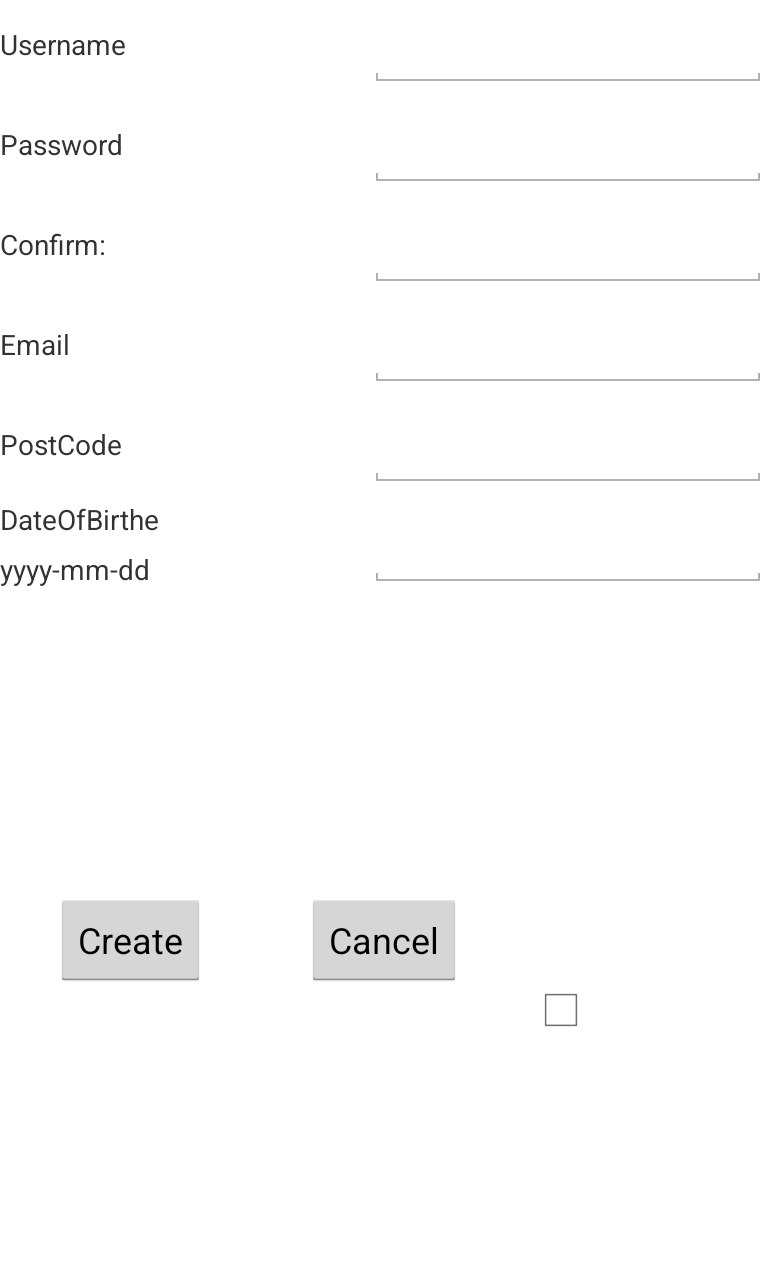
Repository: mpdehnel/seg
Layout: VectorOne/res/layout/activity_addnewuser.xml
These files come from the project's save history. The layout is drawn as it stood at one moment and after the next save; the edit follows.
It is drawn on a 768 x 1280 px phone screen (xhdpi) without system bars, with theme AppTheme; the app's code is not run.

Above is the layout before, as saved 2013-03-13 14:40:07.

### VectorOne/res/layout/activity_addnewuser.xml
<?xml version="1.0" encoding="utf-8"?>
<LinearLayout xmlns:android="http://schemas.android.com/apk/res/android"
    android:id="@+id/AddNewUser"
    android:layout_width="match_parent"
    android:layout_height="match_parent"
    android:orientation="vertical" >

    <RelativeLayout
        android:layout_width="match_parent"
        android:layout_height="50dp" >

        <EditText
            android:id="@+id/UsernameInput"
            android:layout_width="200dp"
            android:layout_height="wrap_content"
            android:layout_alignParentRight="true"
            android:layout_centerVertical="true"
            android:layout_weight="1"
            android:ems="10" />

        <TextView
            android:id="@+id/UsernameLabel"
            android:layout_width="100dp"
            android:layout_height="25dp"
            android:layout_alignParentLeft="true"
            android:layout_centerVertical="true"
            android:text="Username" />
    </RelativeLayout>

    <RelativeLayout
        android:layout_width="match_parent"
        android:layout_height="50dp" >

        <EditText
            android:id="@+id/PasswordInput"
            android:layout_width="200dp"
            android:layout_height="wrap_content"
            android:layout_alignParentRight="true"
            android:layout_centerVertical="true"
            android:layout_weight="1"
            android:ems="10"
            android:inputType="textPassword" />

        <TextView
            android:id="@+id/passwordAddNewUser"
            android:layout_width="100dp"
            android:layout_height="25dp"
            android:layout_alignParentLeft="true"
            android:layout_centerVertical="true"
            android:text="Password" />
    </RelativeLayout>

    <RelativeLayout
        android:layout_width="match_parent"
        android:layout_height="50dp" >

        <EditText
            android:id="@+id/PasswordInputConfirm"
            android:layout_width="200dp"
            android:layout_height="wrap_content"
            android:layout_alignParentRight="true"
            android:layout_centerVertical="true"
            android:ems="10"
            android:inputType="textPassword" />

        <TextView
            android:id="@+id/PasswordConfirm"
            android:layout_width="100dp"
            android:layout_height="25dp"
            android:layout_alignParentLeft="true"
            android:layout_centerVertical="true"
            android:text="Confirm:" />
    </RelativeLayout>

    <RelativeLayout
        android:layout_width="match_parent"
        android:layout_height="50dp"
        android:orientation="horizontal" >

        <EditText
            android:id="@+id/EmailInput"
            android:layout_width="200dp"
            android:layout_height="wrap_content"
            android:layout_alignParentRight="true"
            android:layout_centerVertical="true"
            android:ems="10"
            android:inputType="textEmailAddress" />

        <TextView
            android:id="@+id/Email"
            android:layout_width="100dp"
            android:layout_height="25dp"
            android:layout_alignParentLeft="true"
            android:layout_centerVertical="true"
            android:text="Email" />
    </RelativeLayout>

    <RelativeLayout
        android:layout_width="match_parent"
        android:layout_height="50dp" >

        <EditText
            android:id="@+id/PostCodeInput"
            android:layout_width="200dp"
            android:layout_height="wrap_content"
            android:layout_alignParentRight="true"
            android:layout_centerVertical="true"
            android:ems="10"
            android:inputType="text" />

        <TextView
            android:id="@+id/PostCode"
            android:layout_width="100dp"
            android:layout_height="25dp"
            android:layout_alignParentLeft="true"
            android:layout_centerVertical="true"
            android:text="PostCode" />
    </RelativeLayout>

    <RelativeLayout
        android:layout_width="match_parent"
        android:layout_height="50dp"
        android:orientation="horizontal" >

        <TextView
            android:id="@+id/DateOfBirth"
            android:layout_width="100dp"
            android:layout_height="25dp"
            android:layout_alignParentLeft="true"
            android:text="DateOfBirthe" />

        <TextView
            android:id="@+id/format"
            android:layout_width="wrap_content"
            android:layout_height="wrap_content"
            android:layout_alignParentLeft="true"
            android:layout_below="@+id/DateOfBirth"
            android:text="yyyy-mm-dd" />

        <EditText
            android:id="@+id/Date"
            android:layout_width="200dp"
            android:layout_height="wrap_content"
            android:layout_alignParentRight="true"
            android:layout_centerVertical="true"
            android:ems="10"
            android:inputType="date" />
    </RelativeLayout>

    <RelativeLayout
        android:layout_width="match_parent"
        android:layout_height="match_parent" >

        <Button
            android:id="@+id/CreateUser"
            android:layout_width="wrap_content"
            android:layout_height="wrap_content"
            android:layout_alignBaseline="@+id/Cancel"
            android:layout_alignBottom="@+id/Cancel"
            android:layout_alignParentLeft="true"
            android:layout_marginLeft="27dp"
            android:text="Create" />

        <Button
            android:id="@+id/Cancel"
            android:layout_width="wrap_content"
            android:layout_height="wrap_content"
            android:layout_centerHorizontal="true"
            android:layout_centerVertical="true"
            android:text="Cancel" />

        <CheckBox
            android:id="@+id/hardcoreMode"
            android:layout_width="100dp"
            android:layout_height="100dp"
            android:layout_alignBaseline="@+id/Cancel"
            android:layout_alignBottom="@+id/Cancel"
            android:layout_marginLeft="33dp"
            android:layout_toRightOf="@+id/Cancel"
            android:text="@string/leer" />

    </RelativeLayout>

</LinearLayout>

### VectorOne/res/values/strings.xml
<resources>

    <string name="app_name">CacheCaptains</string>
    <string name="username">Username</string>
    <string name="button_maps">View</string>
    <string name="button_settings">Settings</string>
    <string name="button_user">Me</string>
    <string name="button_cachselect">Caches</string>
    <string name="button_login">LogIn</string>
    <string name="button_clear">Clear</string>
    <string name="button_registration">Register</string>
    <string name="lable_username">username:</string>
    <string name="lable_password">password:</string>
    <string name="question">Help</string>

    <string-array name="Cachs">
        <item>Yes</item>
        <item>No</item>
        <item>All</item>
    </string-array>
    <string-array name="Team">
        <item>My</item>
        <item>NotMine</item>
        <item>All</item>
    </string-array>
    <string-array name="Distance">
        <item>500</item>
        <item>1000</item>
        <item>2000</item>
        <item>5000</item>
        <item>10000</item>
        <item>All</item>
    </string-array>
    <string-array name="Unit">
        <item>m-km</item>
        <item>ft-mile</item>
    </string-array>
       <string-array name="sort">
        <item>name</item>
        <item>distance</item>
    </string-array>

    <string name="leer"></string>

    <string name="addnewCachebutton">AddNewCache</string>

</resources>

Loaded but not shown: VectorOne/res/values/styles.xml (common file); VectorOne/res/values-v11/styles.xml (common file); VectorOne/res/values-v14/styles.xml (common file)

After the next save:
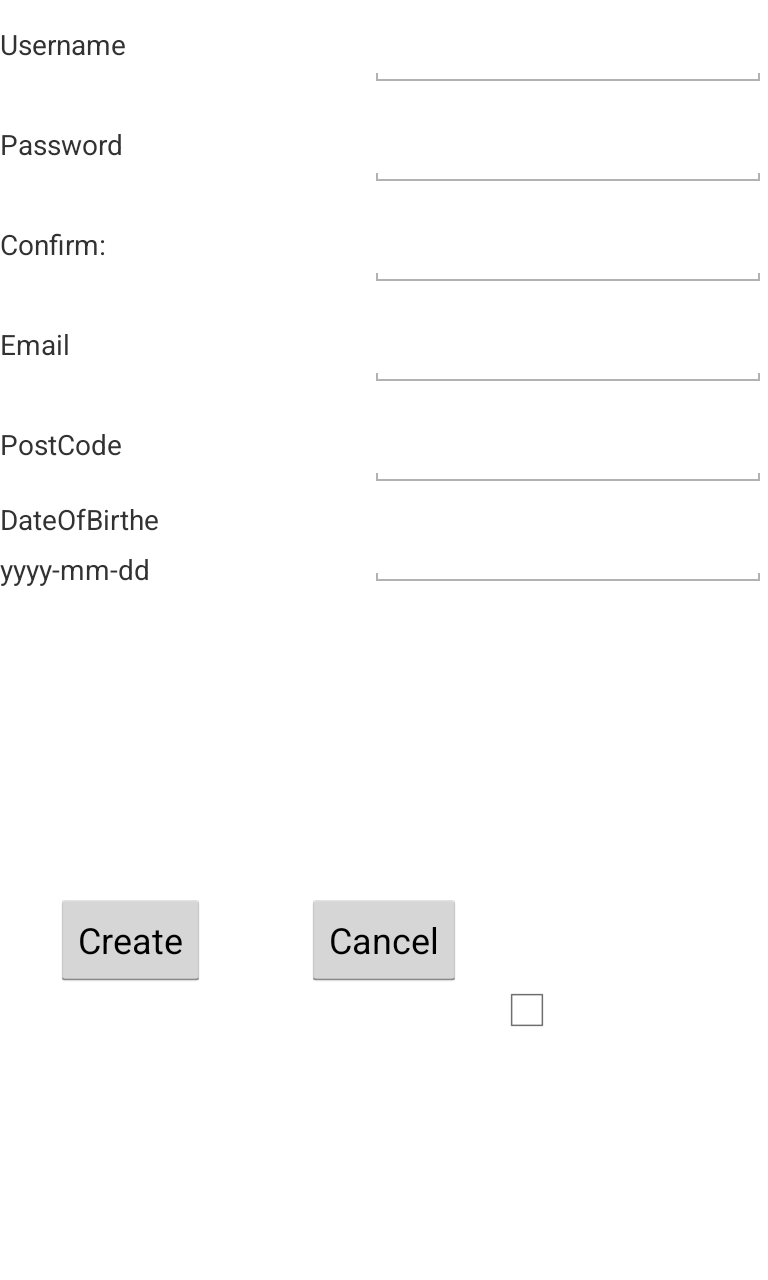
Saved 8 s later.
--- a/VectorOne/res/layout/activity_addnewuser.xml
+++ b/VectorOne/res/layout/activity_addnewuser.xml
@@ -175,7 +175,7 @@
             android:layout_height="100dp"
             android:layout_alignBaseline="@+id/Cancel"
             android:layout_alignBottom="@+id/Cancel"
-            android:layout_marginLeft="33dp"
+            android:layout_marginLeft="16dp"
             android:layout_toRightOf="@+id/Cancel"
             android:text="@string/leer" />
 
